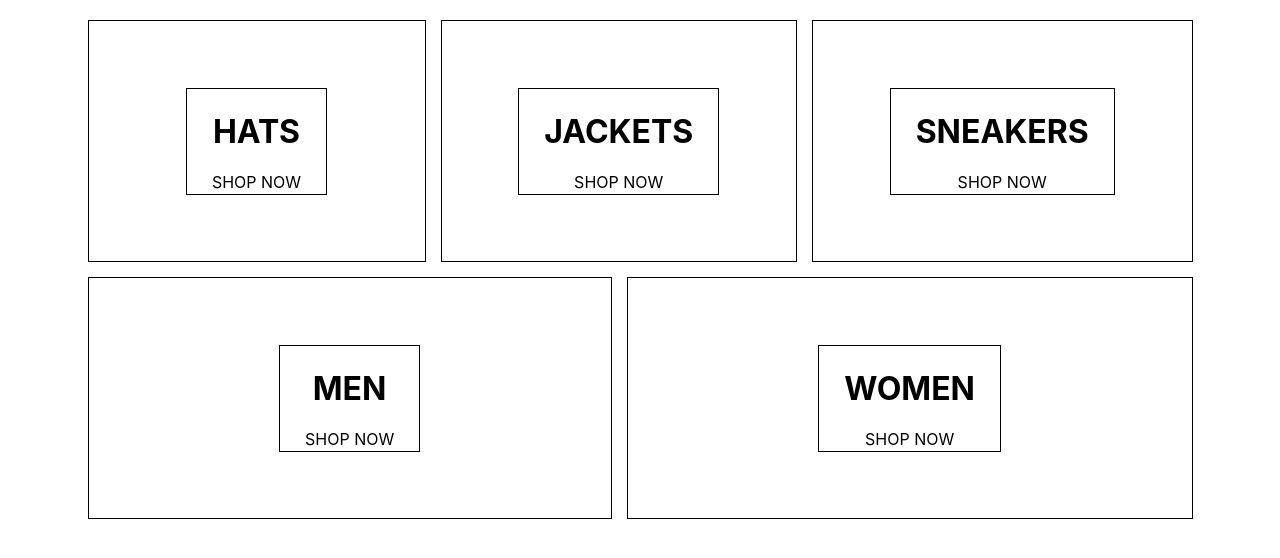
Repository: nepfri/crwn-clothing
Page: /
An editor plug-in stored every save of this project. The page is shown before and after the next save, followed by the edit.
The browser window is 1280 px wide. The pictures show the whole page.
The project was rebuilt for these pictures with package versions that can differ from the ones it lists, and the page was loaded fresh each time. Also part of the build but not shown: src/App.css.

Above is the page before, as saved 2021-10-13 14:04:42.

### src/App.js
import "./App.css";
import Homepage from "./homepage.component";

function App() {
  return (
    <div>
      <Homepage></Homepage>
    </div>
  );
}

export default App;

### src/homepage.component.jsx
import React from "react";
import './homepage.styles.scss';

const Homepage = () => {
  return (
    <div className="homepage">
      <div className="directory-menu">
        <div className="menu-item">
          <div className="content">
            <h1 classname="title">HATS</h1>
            <span classname="subtitle">SHOP NOW</span>
          </div>
        </div>

        <div className="menu-item">
          <div className="content">
            <h1 classname="title">JACKETS</h1>
            <span classname="subtitle">SHOP NOW</span>
          </div>
        </div>

        <div className="menu-item">
          <div className="content">
            <h1 classname="title">SNEAKERS</h1>
            <span classname="subtitle">SHOP NOW</span>
          </div>
        </div>

        <div className="menu-item">
          <div className="content">
            <h1 classname="title">MEN</h1>
            <span classname="subtitle">SHOP NOW</span>
          </div>
        </div>

        <div className="menu-item">
          <div className="content">
            <h1 classname="title">WOMEN</h1>
            <span classname="subtitle">SHOP NOW</span>
          </div>
        </div>
      </div>
    </div>
  );
};

export default Homepage;

### src/homepage.styles.scss
.homepage {
  display: flex;
  flex-direction: column;
  align-items: center;
  padding: 20px 80px;
}

.directory-menu {
  width: 100%;
  display: flex;
  flex-wrap: wrap;
  justify-content: space-between;
}

.menu-item {
  min-width: 30%;
  height: 240px;
  flex: 1 1 auto;
  display: flex;
  align-items: center;
  justify-content: center;
  border: 1px solid black;
  margin: 0 7.5px 15px;

  &:first-child {
    margin-right: 7.5px;
  }

  &:last-child {
    margin-left: 7.5px;
  }

  .content {
    height: 105px;
    padding: 0 25px;
    display: flex;
    flex-direction: column;
    align-items: center;
    justify-content: center;
    border: 1px solid black;
  }

  .title {
    font-weight: bold;
    margin-bottom: 6px;
    font-size: 22px;
    color: #4a4a4a;
  }

  .subtitle {
    font-weight: lighter;
    font-size: 16px;
  }
}

Loaded but not shown: public/index.html (common file); src/index.js (common file); src/index.css (common file)

After the next save:
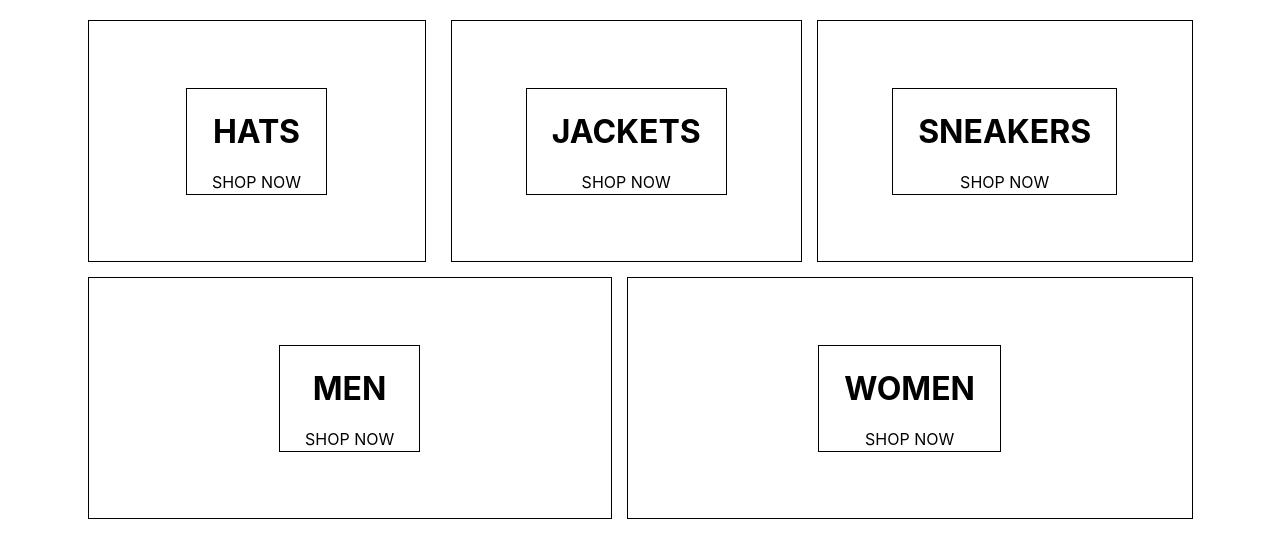
Saved 19 s later.
--- a/src/homepage.styles.scss
+++ b/src/homepage.styles.scss
@@ -23,7 +23,7 @@
   margin: 0 7.5px 15px;
 
   &:first-child {
-    margin-right: 7.5px;
+    margin-right: 17.5px;
   }
 
   &:last-child {

After the save that followed:
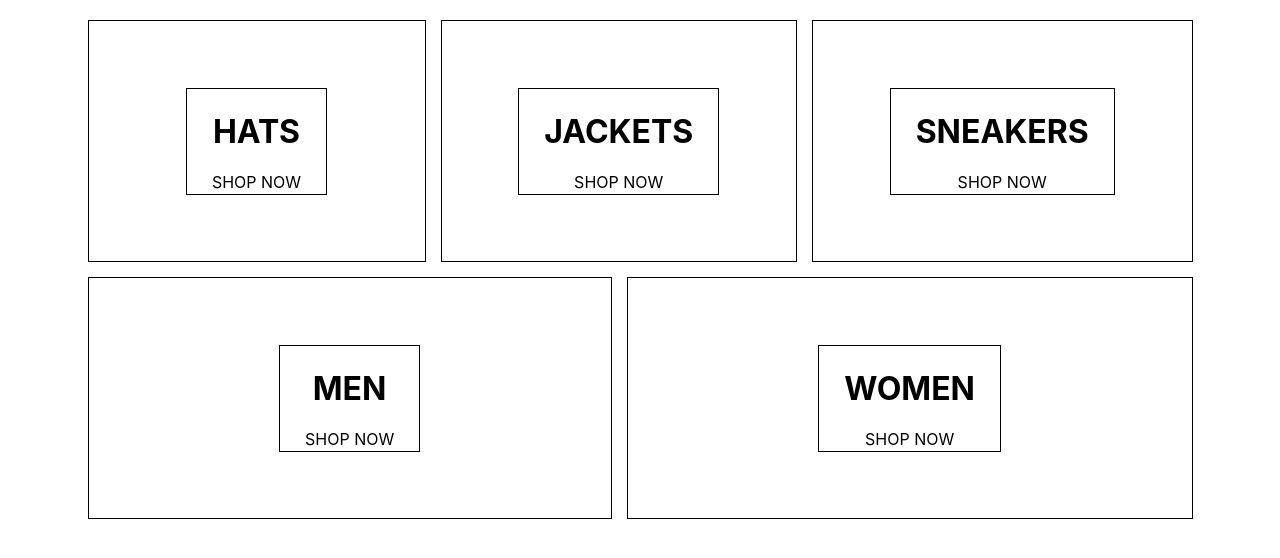
Saved 10 s later.
--- a/src/homepage.styles.scss
+++ b/src/homepage.styles.scss
@@ -23,7 +23,7 @@
   margin: 0 7.5px 15px;
 
   &:first-child {
-    margin-right: 17.5px;
+    margin-right: 7.5px;
   }
 
   &:last-child {
